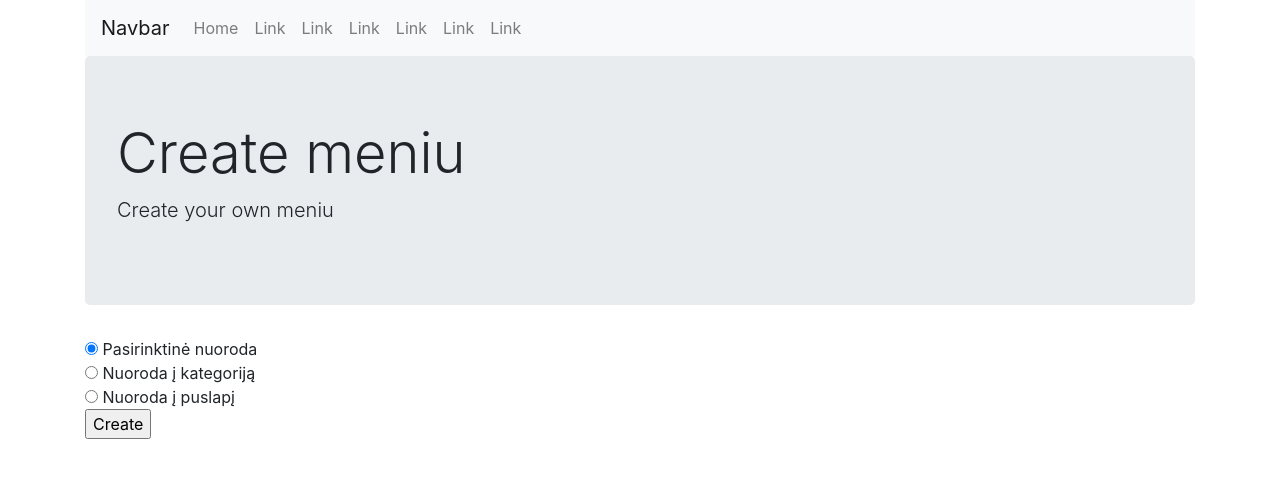
Repository: motiejus1/18-paskaita-PHP-05.31
Page: http://localhost/createMenu.php
These files come from the project's save history. The page is drawn as it stood at one moment and after the next save; the edit follows.
The browser window is 1280 px wide. The pictures show the whole page.
Some web libraries are served in a nearby version. The page is run by PHP 8.4 with error messages shown; the project is at /var/www/html/. connections.php is not in the repository; a stand-in opens the database connection. Other server files are loaded and not shown.

Above is the page before, as saved 2021-09-28 19:00:47.

### createMenu.php
<?php require_once("connections.php"); ?>

<!DOCTYPE html>
<html lang="lt">
<head>
    <meta charset="UTF-8">
    <meta http-equiv="X-UA-Compatible" content="IE=edge">
    <meta name="viewport" content="width=device-width, initial-scale=1.0">
    <title>Meniu create</title>
    <?php require_once("includes.php"); ?>
</head>
<body>
    <div class="container">
    <?php require_once("design-parts/meniu.php"); ?>
        <?php require_once("design-parts/jumbotron.php"); ?>
        <?php showJumbotron("Create meniu", "Create your own meniu"); ?>


        <form action="createMenu.php" method="get">
            <input type="radio" name="menuType" value="1" checked="true"> Pasirinktinė nuoroda <br>
            <input type="radio" name="menuType" value="2"> Nuoroda į kategoriją <br>
            <input type="radio" name="menuType" value="3"> Nuoroda į puslapį <br>
            <input type="submit" name="submit" value="Create">
        </form>

        <?php
            if(isset($_GET["menuType"])) {
                $menuType = $_GET["menuType"]; // 1 -pasirinktine nuorda , 2 - kategorijis, 3 - puslapiai ?>
                <?php if($menuType == 1) { ?>
                    <h2> Pasirinktinė nuoroda </h2>
                    <form action="createMenu.php" method="get">
                        <input type="hidden" name="menuType" value="<?php echo $menuType; ?>" >
                        <input class="form-control" type="text" name="pavadinimas" placeholder="Įveskite pavadinimą">
                        <input class="form-control" type="text" name="nuoroda" placeholder="Įveskite nuorodą">
                        <input class="form-control" type="text" name="target" placeholder="Įveskite, kaip atsidarys nuoroda">
                        <input class="form-control" type="text" name="alt" placeholder="Įveskite nuorodos aprašymą">
                        <input class="btn btn-primary" type="submit" name="create" value="Create">
                    </form>

                    <?php
                        if(isset($_GET["create"])) {
                        $pavadinimas = $_GET["pavadinimas"];
                        $nuoroda = $_GET["nuoroda"];
                        $target = $_GET["target"];
                        $alt = $_GET["alt"];
                        $sql = "INSERT INTO `meniu`(`pavadinimas`, `nuoroda`, `target`, `alt`) VALUES ('$pavadinimas','$nuoroda','$target','$alt')";

                        if(mysqli_query($conn, $sql)) {
                            echo "Meniu punktas sukurtas sėkmingai";
                            echo "<br>";
                        } else {
                            echo "Kazkas ivyko negerai";
                            echo "<br>";
                        }
                    }

                    ?>


                <?php } else if($menuType == 2) { ?>
                    <h2> Nuoroda į kategoriją </h2>
                    <form action="createMenu.php" method="get">
                    </form>
                <?php } else if($menuType == 3) {?>
                    <h2> Nuoroda į puslapį </h2>
                    <form action="createMenu.php" method="get">
                    </form>
                <?php } ?>
        <?php } ?>





        <?php
        //Pasirinktine nuoroda
        //Nuoroda i kategorija
        //Nuoroda i puslapi

        //su insert tiesiog paprastai uzpildome - forma
        //kategorijos - lieka uzpildyti tik target ir alt - forma 2
        //puslapiai - lieka uzpildyti tik target ir alt - forma 3



        ?>



    </div>
</body>
</html>

### includes.php
<?php

echo '


<link rel="stylesheet" href="https://maxcdn.bootstrapcdn.com/bootstrap/4.0.0/css/bootstrap.min.css" integrity="sha384-Gn5384xqQ1aoWXA+058RXPxPg6fy4IWvTNh0E263XmFcJlSAwiGgFAW/dAiS6JXm" crossorigin="anonymous">
<script src="https://code.jquery.com/jquery-3.2.1.min.js"></script>
<script src="https://cdnjs.cloudflare.com/ajax/libs/popper.js/1.12.9/umd/popper.min.js" integrity="sha384-ApNbgh9B+Y1QKtv3Rn7W3mgPxhU9K/ScQsAP7hUibX39j7fakFPskvXusvfa0b4Q" crossorigin="anonymous"></script>
<script src="https://maxcdn.bootstrapcdn.com/bootstrap/4.0.0/js/bootstrap.min.js" integrity="sha384-JZR6Spejh4U02d8jOt6vLEHfe/JQGiRRSQQxSfFWpi1MquVdAyjUar5+76PVCmYl" crossorigin="anonymous"></script>

<link rel="stylesheet" href="assets/css/style.css" />
';
?>

### design-parts/meniu.php
<nav class="navbar navbar-expand-lg navbar-light bg-light">
        <a class="navbar-brand" href="#">Navbar</a>
        <button class="navbar-toggler" type="button" data-toggle="collapse" data-target="#navbarSupportedContent" aria-controls="navbarSupportedContent" aria-expanded="false" aria-label="Toggle navigation">
            <span class="navbar-toggler-icon"></span>
        </button>




        <div class="collapse navbar-collapse" id="navbarSupportedContent">
            <ul class="navbar-nav mr-auto">
                <li class="nav-item">
                    <a class="nav-link" href="#">Home</a>
                </li>
                <li class="nav-item">
                    <a class="nav-link" href="#">Link</a>
                </li>
                <li class="nav-item">
                    <a class="nav-link" href="#">Link</a>
                </li>
                <li class="nav-item">
                    <a class="nav-link" href="#">Link</a>
                </li>
                <li class="nav-item">
                    <a class="nav-link" href="#">Link</a>
                </li>
                <li class="nav-item">
                    <a class="nav-link" href="#">Link</a>
                </li>
                <li class="nav-item">
                    <a class="nav-link" href="#">Link</a>
                </li>
            </ul>
            <!-- <form class="form-inline my-2 my-lg-0">
            <input class="form-control mr-sm-2" type="search" placeholder="Search" aria-label="Search">
            <button class="btn btn-outline-success my-2 my-sm-0" type="submit">Search</button>
            </form> -->
        </div>
</nav>

### design-parts/jumbotron.php

<?php function showJumbotron($page_name, $page_summary) { ?>

<div class="jumbotron">
            <h1 class="display-4"><?php echo $page_name; ?></h1>
            <p class="lead"><?php echo $page_summary;  ?></p>
</div>

<?php } ?>

Loaded but not shown: assets/css/style.css (common file)

After the next save:
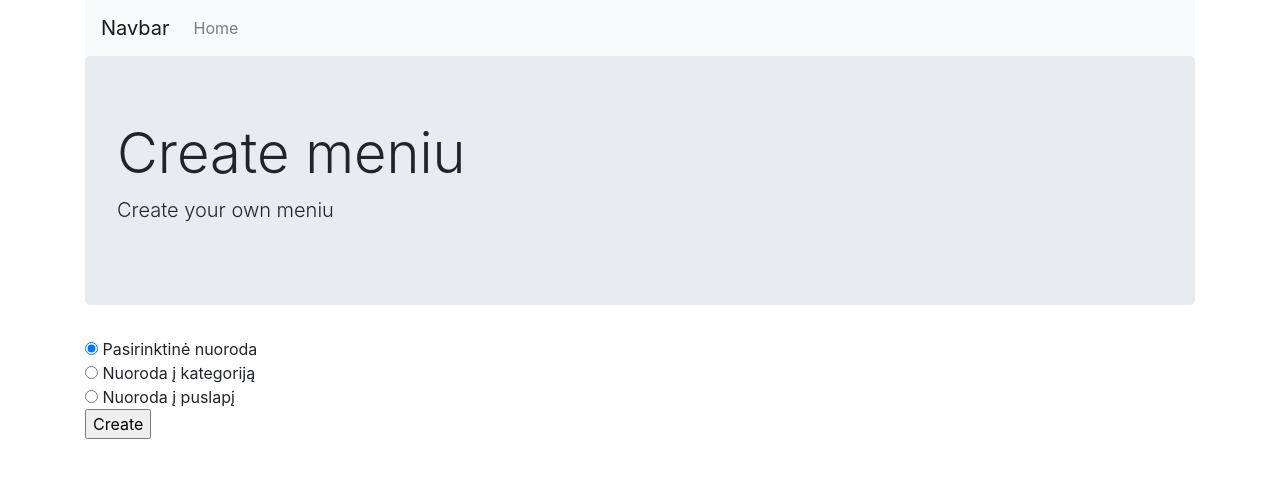
Saved 6 s later.
--- a/design-parts/meniu.php
+++ b/design-parts/meniu.php
@@ -12,24 +12,6 @@
                 <li class="nav-item">
                     <a class="nav-link" href="#">Home</a>
                 </li>
-                <li class="nav-item">
-                    <a class="nav-link" href="#">Link</a>
-                </li>
-                <li class="nav-item">
-                    <a class="nav-link" href="#">Link</a>
-                </li>
-                <li class="nav-item">
-                    <a class="nav-link" href="#">Link</a>
-                </li>
-                <li class="nav-item">
-                    <a class="nav-link" href="#">Link</a>
-                </li>
-                <li class="nav-item">
-                    <a class="nav-link" href="#">Link</a>
-                </li>
-                <li class="nav-item">
-                    <a class="nav-link" href="#">Link</a>
-                </li>
             </ul>
             <!-- <form class="form-inline my-2 my-lg-0">
             <input class="form-control mr-sm-2" type="search" placeholder="Search" aria-label="Search">
